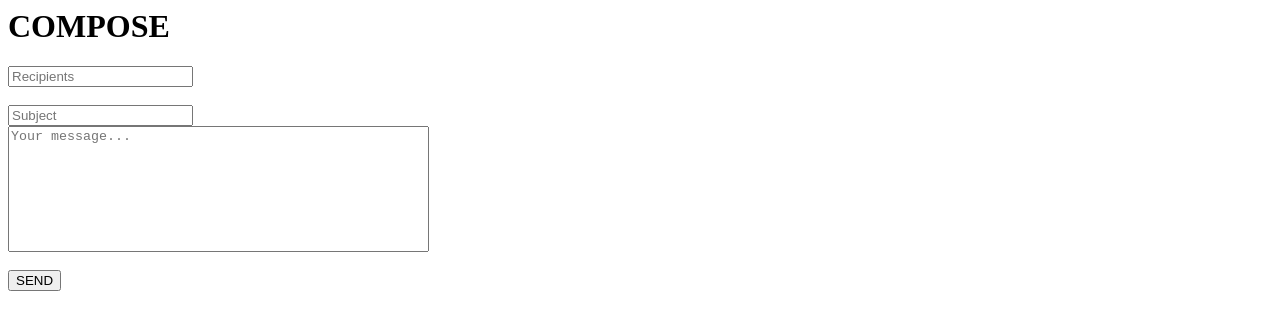
Repository: oforbes/CMail
Page: compose.html
The author's editor kept a record of every edit. The page is drawn from the files as they stood at one moment, then again after the next edit.
The browser window is 1280 px wide. The pictures show the whole page.

Above is the page before.

After the next edit:
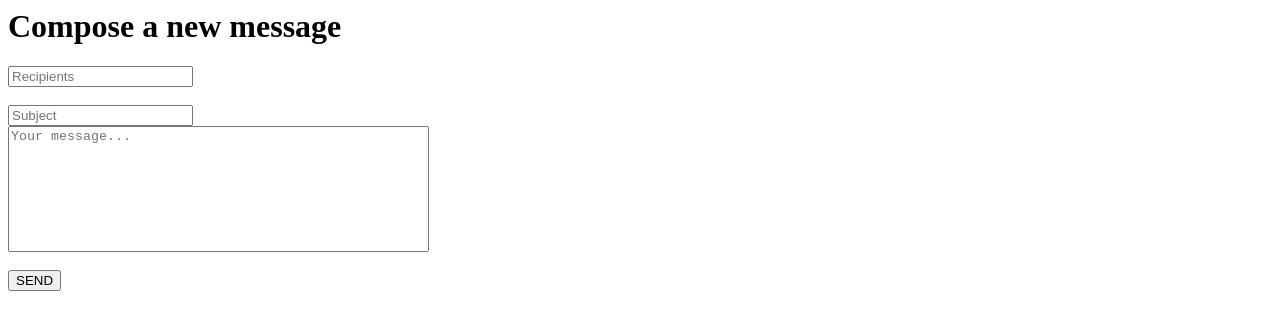
The edit:
--- a/compose.html
+++ b/compose.html
@@ -7,7 +7,7 @@
     </head>
 
     <body>
-        <h1>COMPOSE</h1>
+        <h1>Compose a new message</h1>
         <form>
 
                     <input type="text" placeholder="Recipients" class="bxes"/><br><br>
